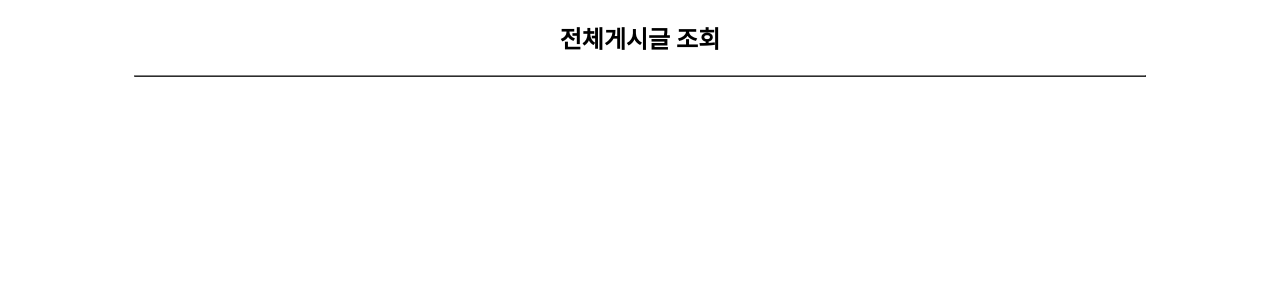
Repository: nijooymik/smartfactory
Page: http://localhost/Lecture-MVC/board/list.do
An editor plug-in stored every save of this project. The page is shown before and after a run of saves, followed by the edit.
The browser window is 1280 px wide. The pictures show the whole page.
The page is served by Tomcat 9. Other server files are loaded and not shown. Queries for data that is not in the repository find no rows.

Above is the page before, as saved 2022-07-25 09:01:52.

### web_workspace/Lecture-MVC/src/main/webapp/jsp/board/list.jsp
<%@ page language="java" contentType="text/html; charset=UTF-8"
	pageEncoding="UTF-8"%>
<%@ taglib prefix="c" uri="http://java.sun.com/jsp/jstl/core"%>
<!-- forEach 사용 시 태그라이브러리 필요 -->
<!DOCTYPE html>
<html>
<head>
<meta charset="UTF-8">
<title>Insert title here</title>
</head>
<body>
	<div align="center">
		<h2>전체게시글 조회</h2>

		<table border="1" style="width: 80%">
		</table>
	</div>

	<c:forEach items="${ list }" var="board">
	${ board.title } : ${ board.writer }<br>
	</c:forEach>

</body>
</html>

### web_workspace/Lecture-MVC/src/main/java/kr/co/mlec/DispatcherServlet.java
package kr.co.mlec;

import java.io.IOException;

import javax.servlet.RequestDispatcher;
import javax.servlet.ServletException;
import javax.servlet.annotation.WebServlet;
import javax.servlet.http.HttpServlet;
import javax.servlet.http.HttpServletRequest;
import javax.servlet.http.HttpServletResponse;

import kr.co.mlec.controller.BoardListController;
import kr.co.mlec.controller.BoardWriteFormController;
import kr.co.mlec.controller.Controller;

@WebServlet("*.do")
public class DispatcherServlet extends HttpServlet { // 클래스

	@Override
	protected void service(HttpServletRequest request, HttpServletResponse response)
			throws ServletException, IOException {
		String context = request.getContextPath();
		System.out.println("context : " + context);
		String uri = request.getRequestURI();
		uri = uri.substring(context.length());
		System.out.println("호출 uri : " + uri);

		Controller control = null;
		String callPage = "";
		try {
			switch (uri) {
			case "/board/list.do":
				control = new BoardListController(); // 묵시적형변환
				break;
			case "/board/writeForm.do":
				control = new BoardWriteFormController();
				break;
			}

			if (control != null) {
				callPage = control.handleRequest(request, response);
				RequestDispatcher dispatcher = request.getRequestDispatcher(callPage);
				dispatcher.forward(request, response);
			}
		} catch (Exception e) {
			e.printStackTrace();
		}
	}
}

### web_workspace/Lecture-MVC/src/main/java/kr/co/mlec/controller/BoardListController.java
package kr.co.mlec.controller;

import java.util.List;

import javax.servlet.http.HttpServletRequest;
import javax.servlet.http.HttpServletResponse;

import kr.co.mlec.board.dao.BoardDAO;
import kr.co.mlec.board.vo.BoardVO;

public class BoardListController implements Controller {

	public String handleRequest(HttpServletRequest request, HttpServletResponse response) /* throws Exception */ {

		BoardDAO dao = new BoardDAO();
		List<BoardVO> list = dao.selectAll();

		// 공유영역(request) 등록
		request.setAttribute("list", list);

		return "/jsp/board/list.jsp";
	}

}

### web_workspace/Lecture-MVC/src/main/java/kr/co/mlec/board/dao/BoardDAO.java
package kr.co.mlec.board.dao;

import java.sql.Connection;
import java.sql.DriverManager;
import java.sql.PreparedStatement;
import java.sql.ResultSet;
import java.sql.SQLException;
import java.util.ArrayList;
import java.util.List;

import kr.co.mlec.board.vo.BoardVO;

/**
 * t_board 테이블의 게시판 데이터 CRUD 기능클래스
 *
 * @author user
 *
 */
public class BoardDAO {

	/**
	 * 전체게시글 조회 기능
	 */
	public List<BoardVO> selectAll() {

		List<BoardVO> boardList = new ArrayList<>();
		Connection conn = null;
		PreparedStatement pstmt = null;

		try

		{
			// 1단계 : 드라이버 로딩
			Class.forName("oracle.jdbc.driver.OracleDriver");

			// 2단계 : DB접속 및 연결객체(Connection) 얻어오기
			String url = "jdbc:oracle:thin:@localhost:1521:orcl";
			String user = "c##com";
			String password = "a1234";
			conn = DriverManager.getConnection(url, user, password);
			System.out.println("conn : " + conn);

			// 3단계 : SQL 생성 및 쿼리실행객체(PreparedStatement) 얻어오기
			StringBuilder sql = new StringBuilder();
			sql.append("select no, title, writer, to_char(reg_date, 'yyyy-mm-dd') as reg_date");
			sql.append(" from t_board ");
			sql.append(" order by no desc ");

			pstmt = conn.prepareStatement(sql.toString());

			// 4단계 : 쿼리실행 및 결과 반환
			ResultSet rs = pstmt.executeQuery();

			while (rs.next()) {
				int no = rs.getInt("no");
				String title = rs.getString("title");
				String writer = rs.getString("writer");
				String regDate = rs.getString("reg_date");

				BoardVO board = new BoardVO();
				board.setNo(no);
				board.setTitle(title);
				board.setWriter(writer);
				board.setRegDate(regDate);

				boardList.add(board);
//				System.out.println(board);
			}

		} catch (Exception e) {
			e.printStackTrace();
		} finally {
			// 5단계 : DB접속(PreparedStatement, Connect) 종료
			try {
				pstmt.close();
			} catch (SQLException e) {
				// TODO Auto-generated catch block
				e.printStackTrace();
			}
			try {
				conn.close();
			} catch (SQLException e) {
				// TODO Auto-generated catch block
				e.printStackTrace();
			}
		}

		return boardList;
	}
}

After the next 2 saves:
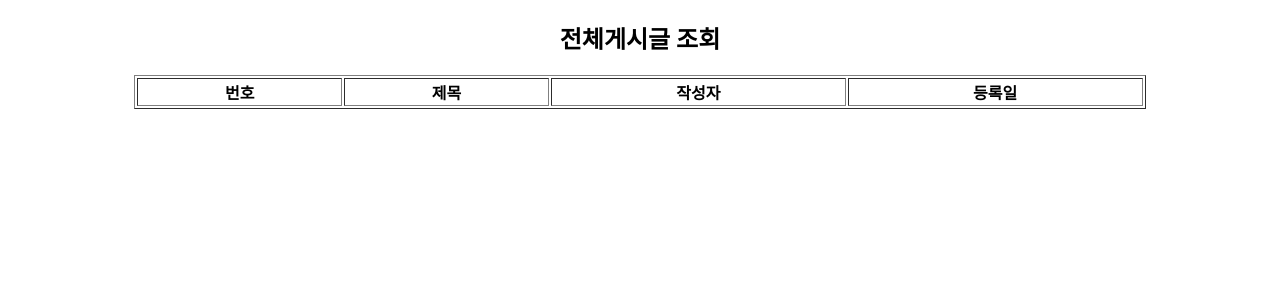
The 2 saves are shown as one change because they came seconds apart.
The last was saved 89 s later.
--- a/web_workspace/Lecture-MVC/src/main/webapp/jsp/board/list.jsp
+++ b/web_workspace/Lecture-MVC/src/main/webapp/jsp/board/list.jsp
@@ -13,6 +13,11 @@
 		<h2>전체게시글 조회</h2>
 
 		<table border="1" style="width: 80%">
+			<tr>
+				<th>번호</th>
+				<th>제목</th>
+				<th>작성자</th>
+				<th>등록일</th>
 		</table>
 	</div>
 
